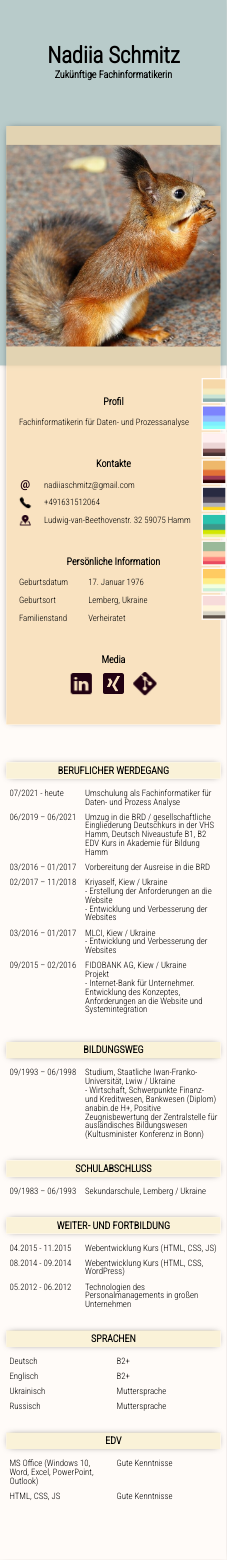
Repository: NadiaSchmitz/lebenslauf.nschmitz.githab.io
Page: index.html
The author's editor kept a record of every edit. The page is drawn from the files as they stood at one moment, then again after the next edit.
The browser window is 360 px wide. The pictures show the whole page, at 63% of full size.

Above is the page before.

After the next edit:
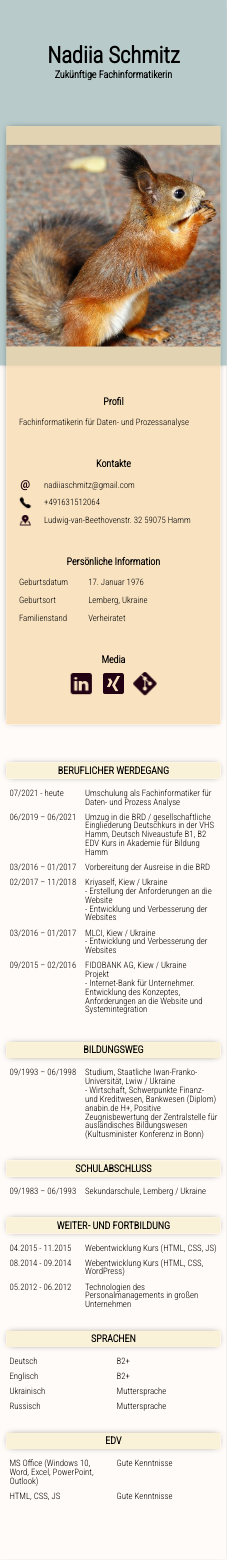
The edit:
--- a/styles/style.css
+++ b/styles/style.css
@@ -387,8 +387,7 @@
 
 @media only screen and (max-width: 360px) {
   .color_schema_buttons_wrapper {
-    right: 0;
-    top: 600px;
+    display: none;
   }
 }
 
